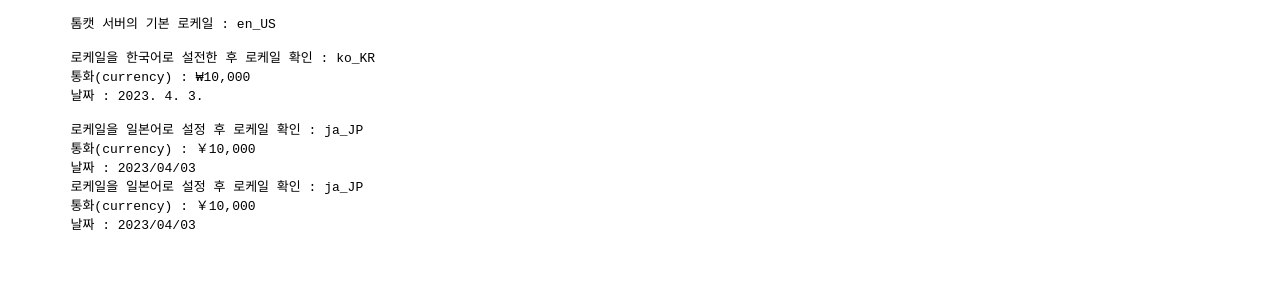
Repository: itrecipe/Web_ez
Page: http://localhost/jspCh07/28_jstlFmt.jsp
These files come from the project's save history. The page is drawn as it stood at one moment and after the next save; the edit follows.
The browser window is 1280 px wide. The pictures show the whole page.
The page is served by Tomcat 9.

Above is the page before, as saved 2023-04-05 01:26:21.

After the next save:
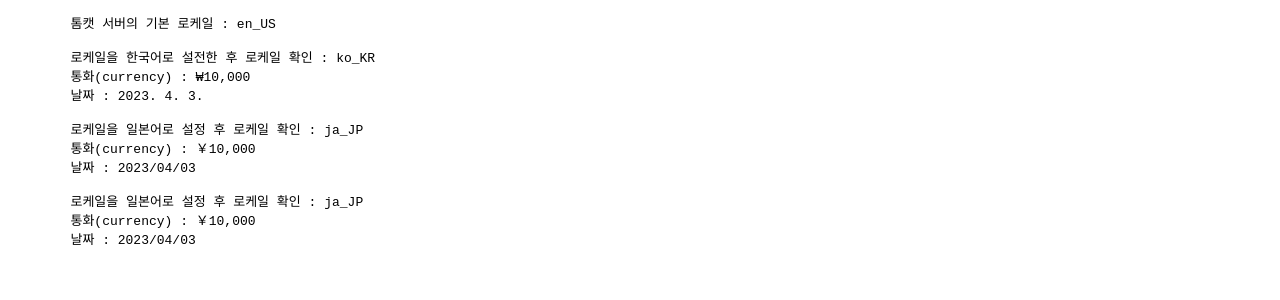
Saved 21 s later.
--- a/jspCh07/src/main/webapp/28_jstlFmt.jsp
+++ b/jspCh07/src/main/webapp/28_jstlFmt.jsp
@@ -21,6 +21,7 @@
 	로케일을 일본어로 설정 후 로케일 확인 : <%=response.getLocale()%>
 	통화(currency) : <fmt:formatNumber value="10000" type="currency"/>
 	날짜 : <fmt:formatDate value="${now}"/>
+	<fmt:setLocale value="ja_JP"/>
 	로케일을 일본어로 설정 후 로케일 확인 : <%=response.getLocale()%>
 	통화(currency) : <fmt:formatNumber value="10000" type="currency"/>
 	날짜 : <fmt:formatDate value="${now}"/>
